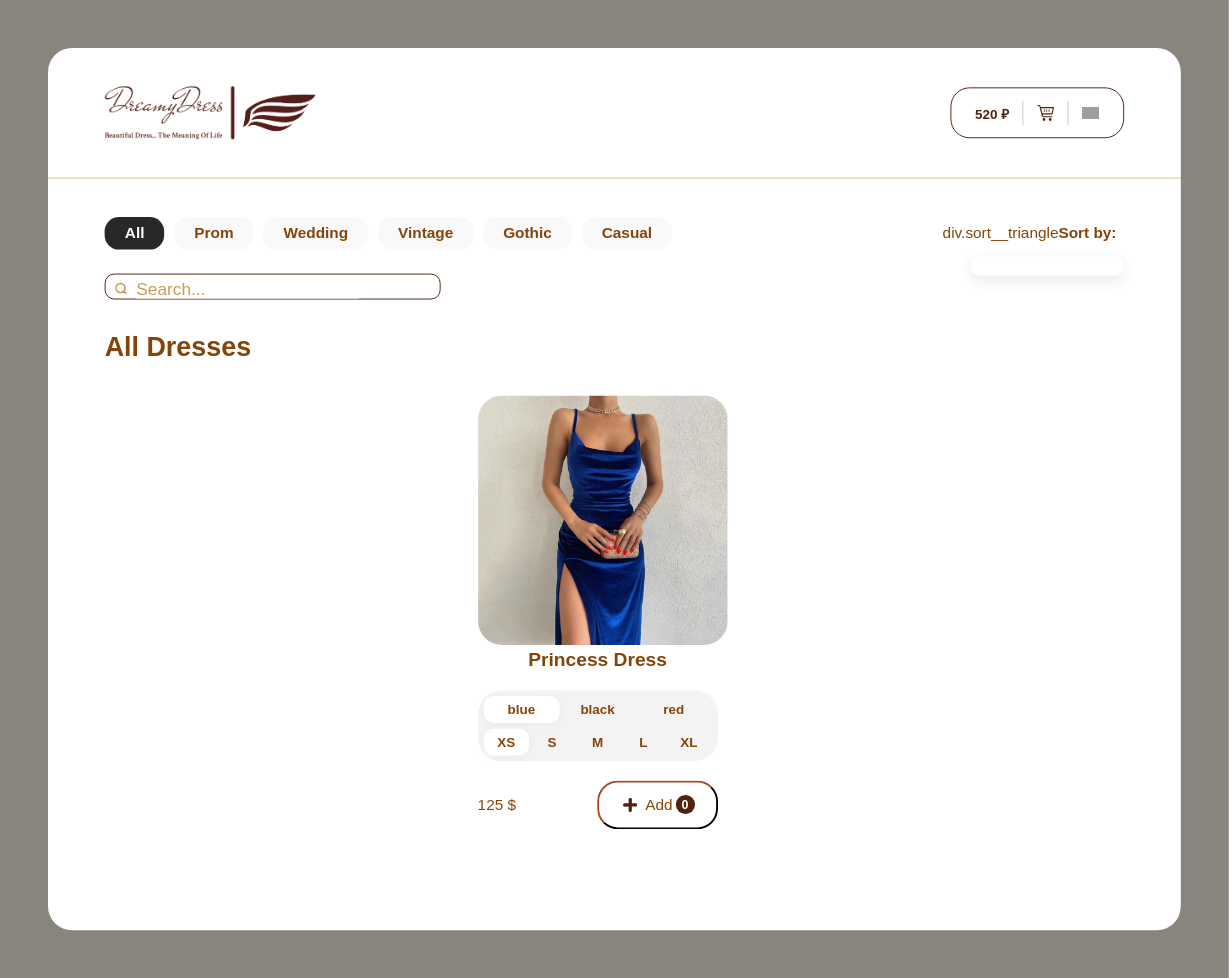
Repository: DisasterWoman/SPA-shop
Page: /
The author's editor kept a copy of each file at every save. The page is drawn from the files as they stood at one save, then again after a run of saves.
The browser window is 1280 px wide. The pictures show the whole page, at 96% of full size.
Pictures or frames that could not be fetched are drawn as grey boxes. Some web fonts or font styles are not loaded; a fallback is used. The project was rebuilt for these pictures with package versions that can differ from the ones it lists, and the page was loaded fresh each time.

Above is the page before, as saved 2022-12-03 18:51:41.

After the next 5 saves:
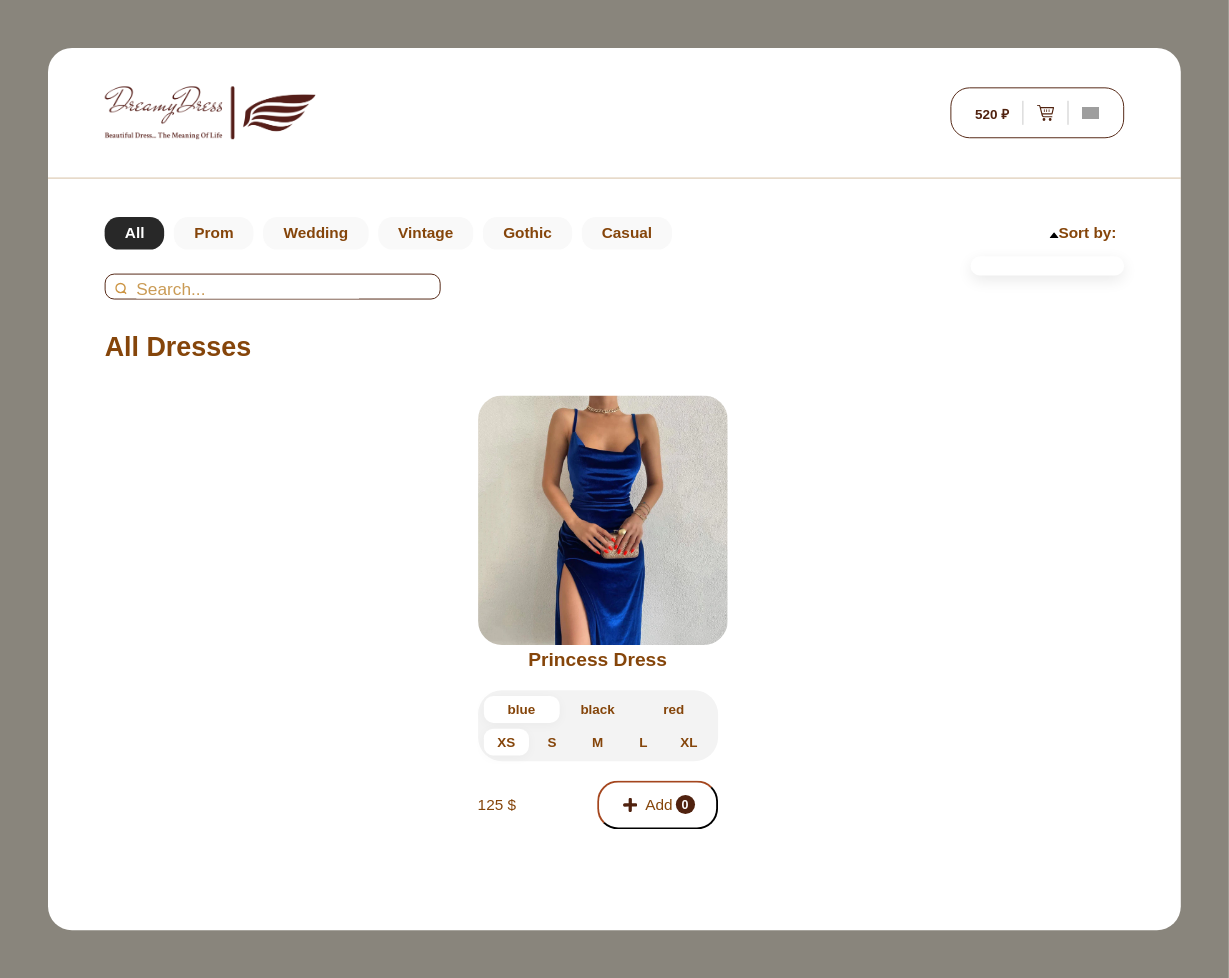
The 5 saves are shown as one change because they came seconds apart.
The last was saved 12 s later.
--- a/src/components/Sort/Sort.jsx
+++ b/src/components/Sort/Sort.jsx
@@ -16,7 +16,16 @@
   return (
     <div className="sort">
       <div className="sort__label">
-      div.sort__triangle
+        <div className="sort__triangleWrap">
+          <img
+            onClick={() => onClickPop()}
+            className="sort__triangle"
+            src="/images/icons/triangle-top-icon.svg"
+            alt="triangle"
+            width="10"
+            height="6"
+          ></img>
+        </div>
         <b>Sort by:</b>
         <span></span>
       </div>
